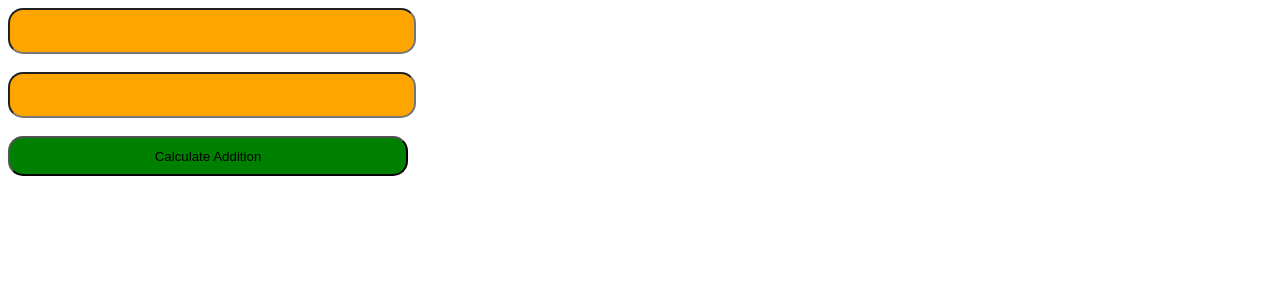
Repository: vaibhaokamble/MY_INSTITUTE_PUNE
Page: SERVLET/AdditionApplication/src/main/webapp/Addition.html
The author's editor kept a copy of each file at every save. The page is drawn from the files as they stood at one save, then again after the next save.
The browser window is 1280 px wide. The pictures show the whole page.

Above is the page before, as saved 2022-10-18 10:17:56.

### SERVLET/AdditionApplication/src/main/webapp/Addition.html
<!DOCTYPE html>
<html>
<head>
<meta charset="UTF-8">
<title>Insert title here</title>
</head>
<body>
<form name='frm' action='AddServ' method='POST'>
	<input type='text' name='first' value=''
		style='width: 400px; height: 40px; background-color:orange; border-radius:15px;' />
	<br>
	<br>
	<input type='text' name='second' value=''
		style='width: 400px; height: 40px; background-color:orange; border-radius:15px;' />
	<br>
	<br>
	<input type='submit' name='s' value='Calculate Addition'
		style='width: 400px; height: 40px; background-color:green;border-radius:15px;' />

</body>
</html>

After the next save:
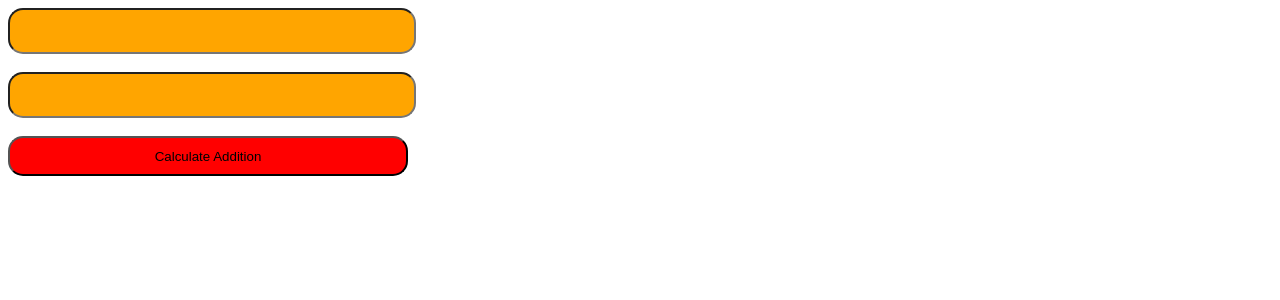
Saved 46 min 46 s later.
--- a/SERVLET/AdditionApplication/src/main/webapp/Addition.html
+++ b/SERVLET/AdditionApplication/src/main/webapp/Addition.html
@@ -15,7 +15,7 @@
 	<br>
 	<br>
 	<input type='submit' name='s' value='Calculate Addition'
-		style='width: 400px; height: 40px; background-color:green;border-radius:15px;' />
+		style='width: 400px; height: 40px; background-color:red;border-radius:15px;' />
 
 </body>
 </html>
